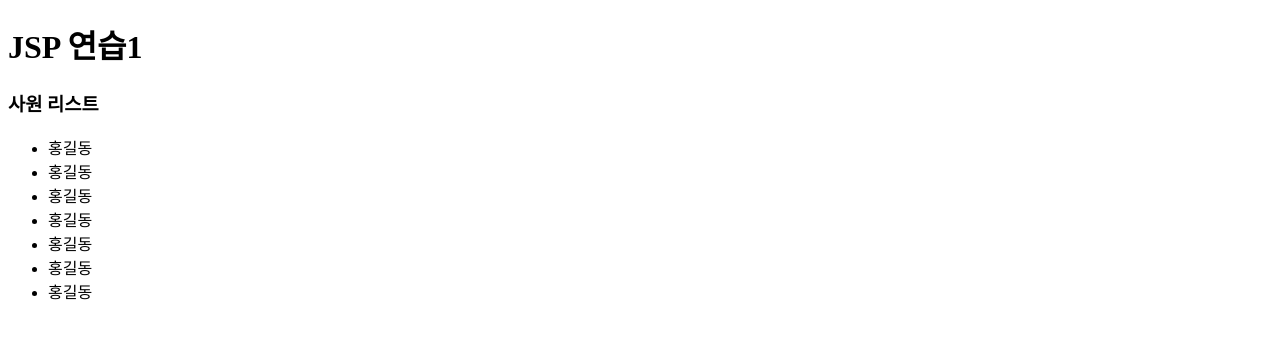
Repository: onuo77/HTA
Page: http://localhost/sample/basic/demo1.jsp
An editor plug-in stored every save of this project. The page is shown before and after the next save, followed by the edit.
The browser window is 1280 px wide. The pictures show the whole page.
The page is served by Tomcat 9. Other server files are loaded and not shown.

Above is the page before, as saved 2021-05-18 08:21:28.

### java-web/sample/src/main/webapp/basic/demo1.jsp
<%@page import="java.util.ArrayList"%>
<%@page import="java.util.List"%>
<%@ page language="java" contentType="text/html; charset=UTF-8"
    pageEncoding="UTF-8"%>
<!DOCTYPE html>
<html>
<head>
<meta charset="UTF-8">
<title>Insert title here</title>
</head>
<body>
	<h1>JSP 연습1</h1>

	<%
		List<String> names = new ArrayList<String>();
		names.add("김유신");
		names.add("김유신");
		names.add("김유신");
		names.add("김유신");
		names.add("김유신");
		names.add("김유신");
		names.add("김유신");
	%>

	<h3>사원 리스트</h3>
	<ul>
		<li>홍길동</li>
		<li>홍길동</li>
		<li>홍길동</li>
		<li>홍길동</li>
		<li>홍길동</li>
		<li>홍길동</li>
		<li>홍길동</li>
	</ul>
</body>
</html>

After the next save:
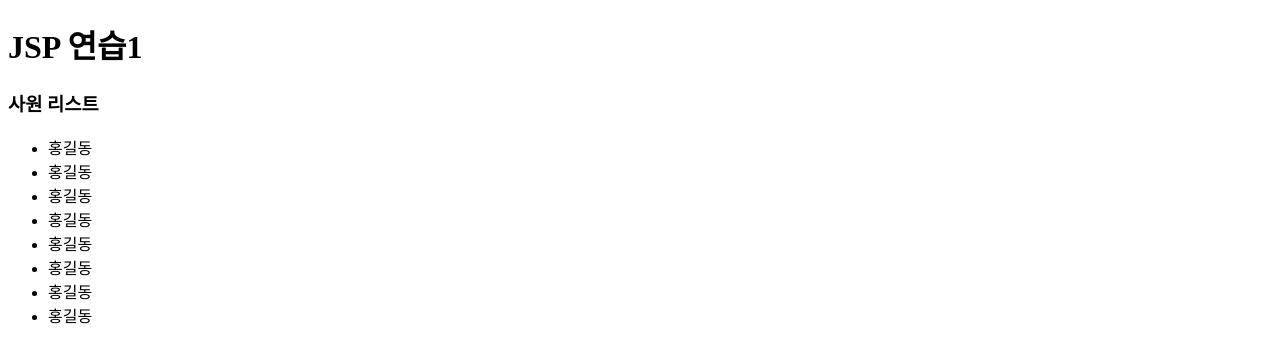
Saved 28 s later.
--- a/java-web/sample/src/main/webapp/basic/demo1.jsp
+++ b/java-web/sample/src/main/webapp/basic/demo1.jsp
@@ -14,12 +14,13 @@
 	<%
 		List<String> names = new ArrayList<String>();
 		names.add("김유신");
-		names.add("김유신");
-		names.add("김유신");
-		names.add("김유신");
-		names.add("김유신");
-		names.add("김유신");
-		names.add("김유신");
+		names.add("강감찬");
+		names.add("이순신");
+		names.add("유관순");
+		names.add("안창호");
+		names.add("안중근");
+		names.add("이봉창");
+		names.add("윤봉길");
 	%>
 
 	<h3>사원 리스트</h3>
@@ -31,6 +32,7 @@
 		<li>홍길동</li>
 		<li>홍길동</li>
 		<li>홍길동</li>
+		<li>홍길동</li>
 	</ul>
 </body>
 </html>
